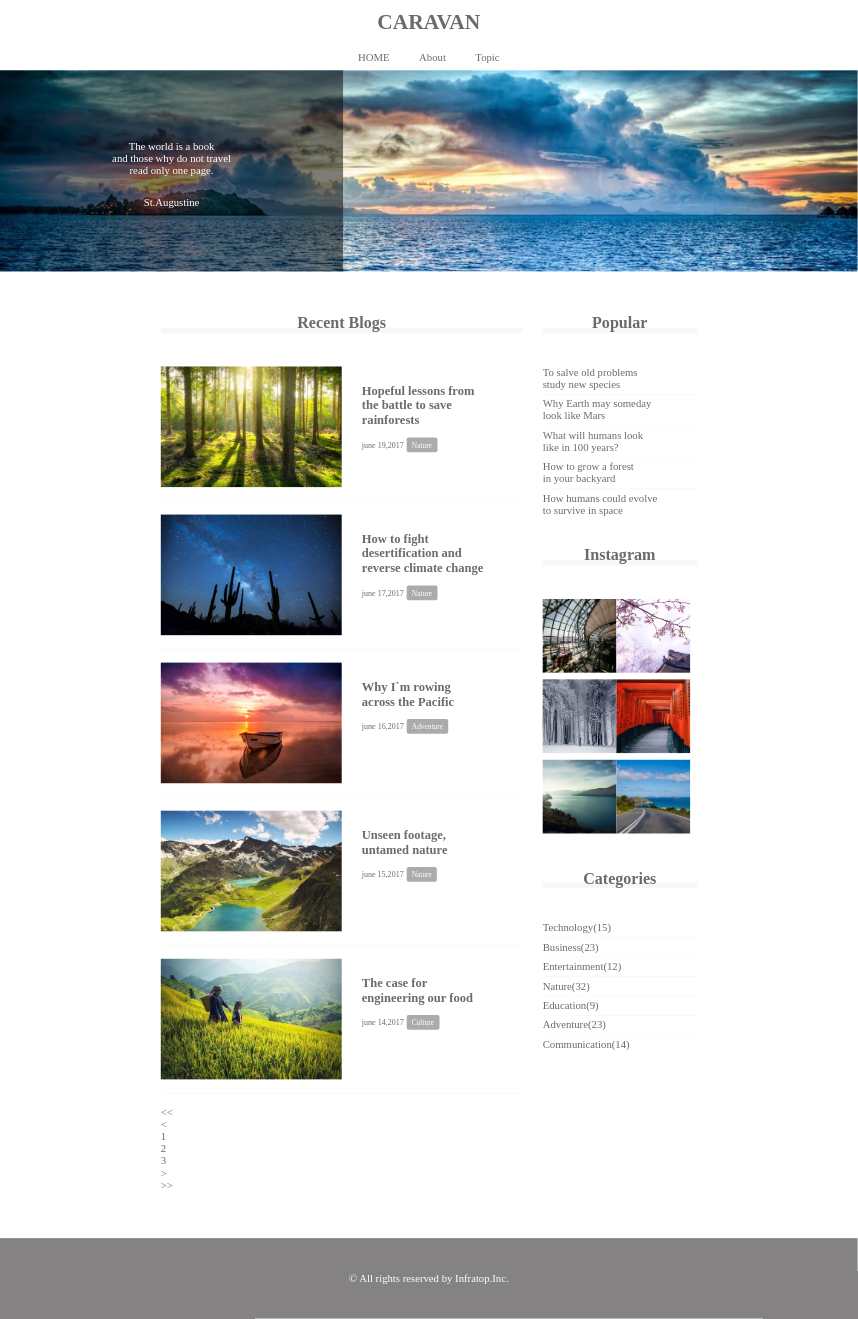
Repository: TACAMP/caravan
Page: caravan/index.html
The author's editor kept a record of every edit. The page is drawn from the files as they stood at one moment, then again after the next edit.
The browser window is 1280 px wide. The pictures show the whole page, at 67% of full size.

Above is the page before.

### caravan/index.html
<!DOCTYPE HTML>
<html lang="ja">
  <head>
    <meta charset="UTF-8" />
    <!-- CSSファイルの読み込み  -->
    <link rel="stylesheet" href="style.css"/>
    <title>CARAVAN</title>
  </head>

  <body>
<!-- header -->
    <header>
      <h1 class="heading">
        <a href="https://infratop.jp">CARAVAN</a>
      </h1>
    </header>
    <!-- navigation -->
    <nav>
      <ul class="nav-list">
        <li class="nav-list-item">
          <a href="index.html">HOME</a>
        </li>
        <li class="nav-list-item">About</li>
        <li class="nav-list-item">Topic</li>
      </ul>
    </nav>
    <!-- main-visual用div -->
    <div class="main-visual">
      <div class="main-visual-content">
        <p class="main-visual-text">
          The world is a book<br/>
          and those why do not travel<br/>
          read only one page.
        </p>
        <p class="main-visual-name">
          St.Augustine
        </p>
      </div>
    </div>
    <!-- main用div -->
    <main>
     <section class="blog">
      <h2 class="blog-heading">Recent Blogs</h2>
       <div class="blog-box">
        <div class="blog-item">
          <img class="blog-image" src="img/forest.jpg">
          <section class="blog-text">
           <h3 class="blog-text-heading">
              <a href="single.html">
                Hopeful lessons from</br>
                the battle to save</br>
                rainforests
              </a>
            </h3>
            <p class="blog-date">june 19,2017</p>
            <span class="category">Nature</span>
          </section>
        </div>
        <div class="blog-item">
          <img class="blog-image" src="img/desert.jpg">
          <section class="blog-text">
           <h3 class="blog-text-heading">
              <a href="single.html">
                How to fight</br>
                desertification and</br>
                reverse climate change
              </a>
            </h3>
            <p class="blog-date">june 17,2017</p>
            <span class="category">Nature</span>
          </section>
        </div>
        <div class="blog-item">
          <img class="blog-image" src="img/sunset.jpg">
          <section class="blog-text">
           <h3 class="blog-text-heading">
              <a href="single.html">
                Why I`m rowing</br>
                across the Pacific
              </a>
            </h3>
            <p class="blog-date">june 16,2017</p>
            <span class="category">Adventure</span>
          </section>
        </div>
        <div class="blog-item">
          <img class="blog-image" src="img/italy.jpg">
          <section class="blog-text">
           <h3 class="blog-text-heading">
              <a href="single.html">
                Unseen footage,</br>
                untamed nature
              </a>
            </h3>
            <p class="blog-date">june 15,2017</p>
            <span class="category">Nature</span>
          </section>
        </div>
        <div class="blog-item">
          <img class="blog-image" src="img/asia.jpg">
          <section class="blog-text">
           <h3 class="blog-text-heading">
              <a href="single.html">
                The case for</br>
                engineering our food
              </a>
            </h3>
            <p class="blog-date">june 14,2017</p>
            <span class="category">Culture</span>
          </section>
        </div>
       </div>
       <div class="pagination">
         <p><<</p>
         <p><</p>
         <p>1</p>
         <p>2</p>
         <p>3</p>
         <p>></p>
         <p>>></p>
       </div>
      </section>
      <div class="sidebar">
        <section class="popular">
          <h2 class="popular-heading common-heading">Popular</h2>
          <div class="sidebar-contents">
            <p class="popular-text">To salve old problems<br>study new species</p>
            <p class="popular-text">Why Earth may someday<br>look like Mars</p>
            <p class="popular-text">What will humans look<br>like in 100 years?</p>
            <p class="popular-text">How to grow a forest<br>in your backyard</p>
            <p class="popular-text">How humans could evolve<br>to survive in space</p>
          </div>
        </section>
        <section class="instagram">
          <h2 class="instagram-heading common-heading">Instagram</h2>
          <div class="sidebar-contents">
            <div class="instagram-box"></div>
            <div class="instagram-box"></div>
            <div class="instagram-box"></div>
            <div class="instagram-box"></div>
            <div class="instagram-box"></div>
            <div class="instagram-box"></div>
          </div>
        </section>
        <section class="categories">
          <h2 class="categories-heading common-heading">Categories</h2>
          <div class="sidebar-contents">
            <p class="categories-text">Technology(15)</p>
            <p class="categories-text">Business(23)</p>
            <p class="categories-text">Entertainment(12)</p>
            <p class="categories-text">Nature(32)</p>
            <p class="categories-text">Education(9)</p>
            <p class="categories-text">Adventure(23)</p>
            <p class="categories-text">Communication(14)</p>
          </div>
        </section>
      </div>
    </main>

    <footer>
      <p class="footer-text">© All rights reserved by Infratop.Inc.</p>
    </footer>

  </body>
</html>

### caravan/style.css
* {
  margin: 0;
  padding: 0;
  box-sizing: border-box;
  color:#6c6b6b;
}

a{
 text-decoration:none;
}

header{
  width:90%;
  padding:15px 0;
  margin:0 auto;
  text-align:center;
}

header .heading{
  font-size:32px;
}

.nav-list{
  text-align:center;
  padding:10px 0;
  margin:0 auto;
}

.nav-list-item{
  list-style:none;
  display:inline-block;
  margin:0 20px;
}

.main-visual{
  width:100%;
  height:300px;
  background-image:url(img/mv.jpg);
  background-size:cover;
  background-position:center;
}

.main-visual-content{
  width:40%;
  height:300px;
  background-color:rgba(0,0,0,0.5);
  text-align:center;
  padding-top:105px;
}

.main-visual-text{
  color:#fff;
}

.main-visual-name{
  margin-top:30px;
  color:#fff;
}

main{
  width:800px;
  display:flex;
  justify-content:center;
  margin:0 auto;
  padding:70px 0;
}

 .blog{
   width:540px;
   margin-right:30px;
 }

.blog-heading{
  border-bottom: 8px solid #f7f7f7;
  text-align:center;
  line-height:0.6;
}

.blog-box{
  padding-top:50px;
}

.blog-item{
  padding-bottom:20px;
  margin-bottom:20px;
  border-bottom:1px solid #f7f7f7;
  display:flex;
  justify-content:flex-start;
}

.blog-image{
  height:180px;
}

.blog-text{
  padding:25px 0 0 30px;
}

.blog-text-heading{
  padding-bottom:15px;
}

.blog-date{
  font-size:12px;
  display:inline-block;
}

.category{
  display:inline-block;
  padding:5px 8px;
  background-color:#acabab;
  border-radius:3px;
  color:#fff;
  font-size:11px;
}

 .sidebar{
   width:230px;
 }

 .common-heading{
   border-bottom:8px solid #f7f7f7;
   text-align:center;
   line-height:0.6;
 }

 .sidebar-contents{
   padding:50px 0;
 }

 .popular-text,
 .categories-text{
  padding-bottom:5px;
  border-bottom:1px solid #f7f7f7;
  margin-bottom:5px;
 }

.popular-text:last-child,
.categories-text:last-child{
  margin:0;
  padding:0;
  border:none;
}

.instagram .sidebar-contents{
  display:flex;
  flex-wrap:wrap;
}
  .instagram-box{
    width:110px;
    padding-top:110px;
    background-size:cover;
    background-position:center;
    margin-bottom:10px;
  }

  .instagram-box:nth-child(1){
    background-image:url(img/airport.jpg);
  }

   .instagram-box:nth-child(2){
    background-image:url(img/japan.jpg);
  }

   .instagram-box:nth-child(3){
    background-image:url(img/snow.jpg);
  }

   .instagram-box:nth-child(4){
    background-image:url(img/japan2.jpg);
  }

   .instagram-box:nth-child(5){
    background-image:url(img/lake.jpg);
  }

   .instagram-box:nth-child(6){
    background-image:url(img/road.jpg);
  }

footer{
 width:100%;
 height:120px;
 text-align:center;
 line-height:120px;
 background-color:#848282;
}

.footer-text{
  color:#fff;
}

After the next edit:
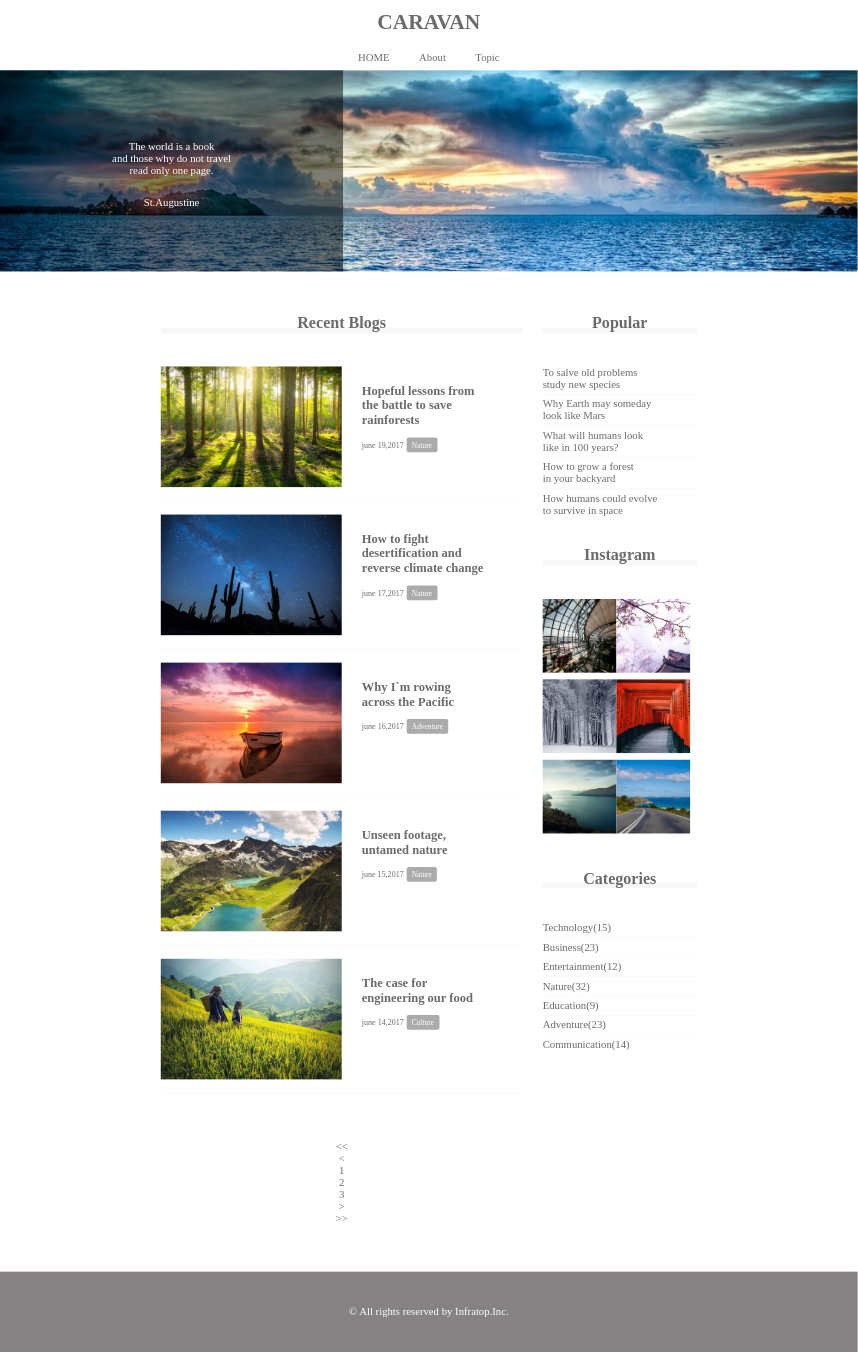
The edit:
--- a/caravan/style.css
+++ b/caravan/style.css
@@ -114,6 +114,11 @@
   font-size:11px;
 }
 
+.pagination{
+  text-align:center;
+  padding-top:50px;
+}
+
  .sidebar{
    width:230px;
  }
